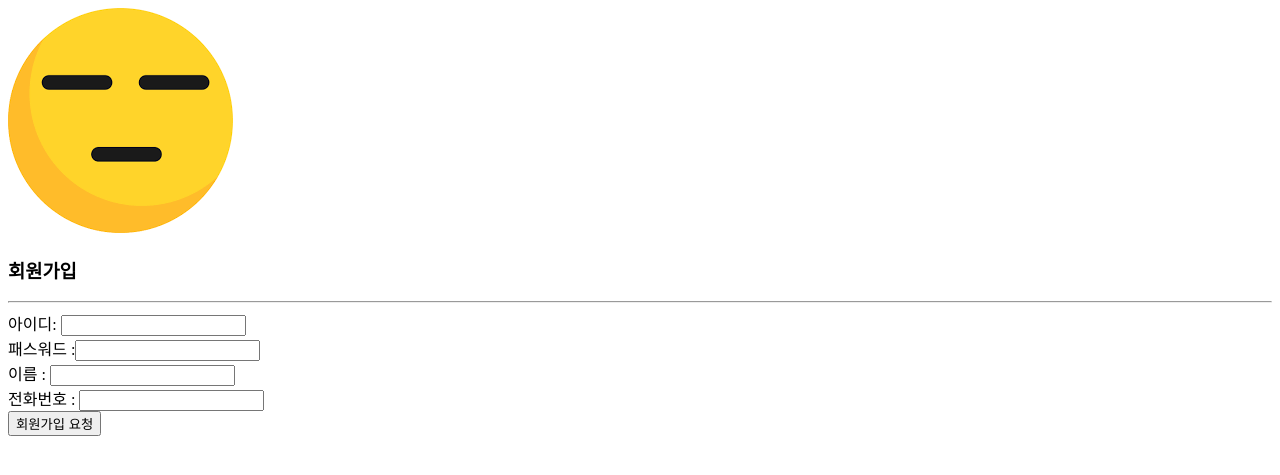
Repository: Yusubin/springEx
Page: http://localhost/spring5/member.jsp
These files come from the project's save history. The page is drawn as it stood at one moment and after the next save; the edit follows.
The browser window is 1280 px wide. The pictures show the whole page.
The page is served by Tomcat 9. Nobody is signed in. The application's start-up code is not run. Other server files are loaded and not shown.

Above is the page before, as saved 2022-02-21 03:40:00.

### spring5/src/main/webapp/member.jsp
<%@ page language="java" contentType="text/html; charset=UTF-8"
    pageEncoding="EUC-KR"%>
<!DOCTYPE html>
<html>
<head>
<meta charset="UTF-8">
<title>Insert title here</title>
</head>
<body>
<img src="resources/img/sad.png">
<h3>회원가입</h3>
<hr>
<form action="insert">
아이디: <input type="text" name="id"><br>
패스워드 :<input type="text"name="pw"><br>
이름 : <input type="text"name="name"><br>
전화번호 : <input type="text" name="tel"><br>
		<button >회원가입 요청</button>
	</form>
</body>
</html>

After the next save:
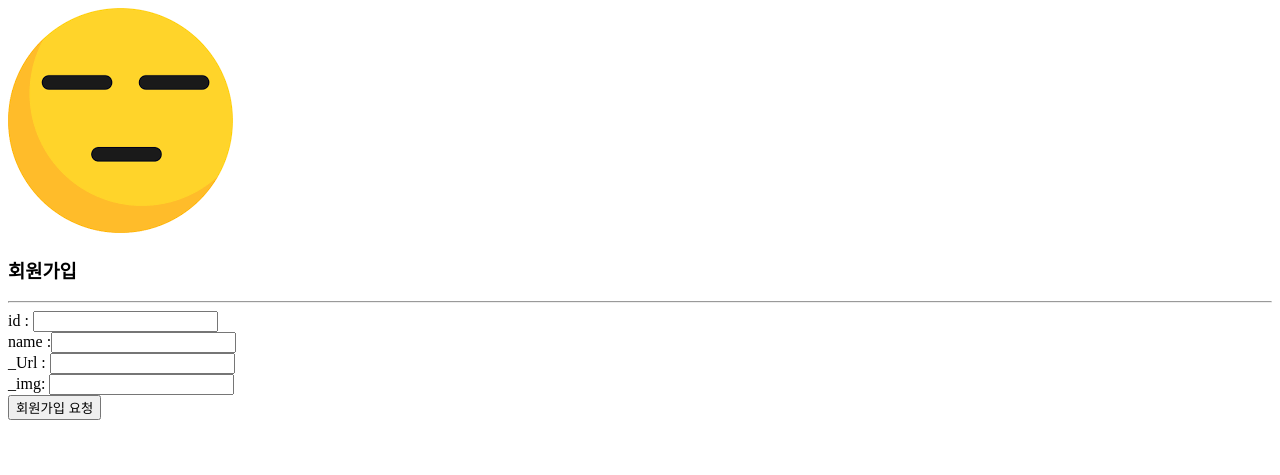
Saved 18 min 34 s later.
--- a/spring5/src/main/webapp/member.jsp
+++ b/spring5/src/main/webapp/member.jsp
@@ -11,10 +11,10 @@
 <h3>회원가입</h3>
 <hr>
 <form action="insert">
-아이디: <input type="text" name="id"><br>
-패스워드 :<input type="text"name="pw"><br>
-이름 : <input type="text"name="name"><br>
-전화번호 : <input type="text" name="tel"><br>
+	id : <input type="text" name="id"><br>
+		name :<input type="text"name="name"><br>
+		_Url : <input type="text"name="url"><br>
+		_img: <input type="text" name="img"><br>
 		<button >회원가입 요청</button>
 	</form>
 </body>
